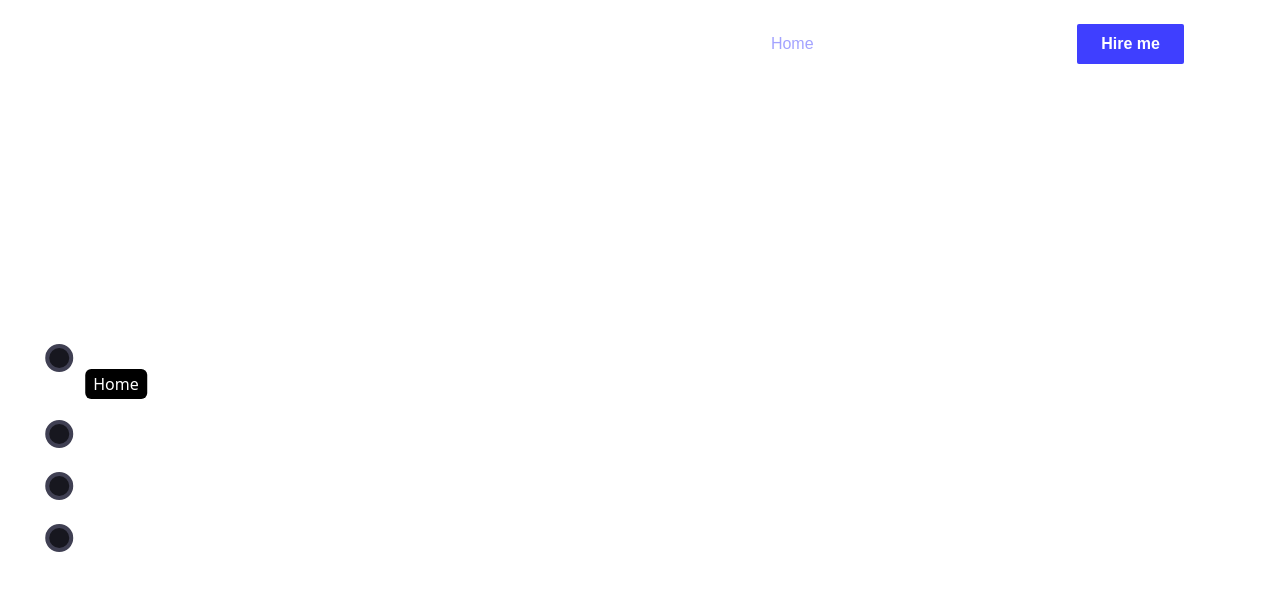
Repository: Alex0715/portfolio
Page: /
The author's editor kept a copy of each file at every save. The page is drawn from the files as they stood at one save, then again after the next save.
The browser window is 1280 px wide. The pictures show the whole page.
The project was rebuilt for these pictures with package versions that can differ from the ones it lists, and the page was loaded fresh each time. The framework's server and built-in components were replaced by stand-ins that run in the browser. Also part of the build but not shown: next.config.js.

Above is the page before, as saved 2022-02-03 21:53:23.

### pages/index.js
import Head from 'next/head'
import Banner from './components/Banner'
import Header from './components/header'



export default function Home() {
  return (
    <div>
      <Header/>
      <body className='bg-body'>
        <Banner/>
      </body>
    </div>

  )
}

### pages/components/Banner.js

function Banner() {
  return (<div className="container mt-16 flex justify-between items-center mx-auto text-white px-8 md:px-14 lg:px-24 w-full">
      <div className="flex flex-wrap md:flex-nowrap">
        <nav className="inline-block lg:mr-24 lg:w-4 fixed left-percentage hidden xl:block">
        <div className="absolute left-50 transform -translate-x-1/2 space-y-6 mt-36">
        <a href="#" className="nav-dot selected-circle block w-7 h-7 rounded-full border-4 border-nav bg-body hover:bg-theme"></a>
        <span className="bg-black px-2 py-1 rounded-md ml-10 ">Home</span>
        <a href="#" className="nav-dot selected-circle block w-7 h-7 rounded-full border-4 border-nav bg-body hover:bg-theme"><p className="px-8 py--1">works</p></a>
        <a href="#" className="nav-dot selected-circle block w-7 h-7 rounded-full border-4 border-nav bg-body hover:bg-theme"><p className="px-8 py--1">works</p></a>
        <a href="#" className="nav-dot selected-circle block w-7 h-7 rounded-full border-4 border-nav bg-body hover:bg-theme"><p className="px-8 py--1">works</p></a>

        </div>
        </nav>
      </div>
  </div>)
}

export default Banner;

### pages/components/Header.js

function Header() {
  return (
  <div className="font-poppins pb-12 ">
  <header className="text-white container py-6 flex justify-between items-center mx-auto px-8 md:px-14 lg:px-24 w-full">
      <div className="text-white text-3xl">Chirantan Bose</div>
      <div className="hidden md:flex space-x-12 items-center">
        <a href="#" className="text-selected-text">Home</a>
        <a href="#">My Works</a>
        <a href="#">Clients</a>
        <a href="#"><button className="bg-theme px-6 py-2 font-bold rounded-sm">Hire me</button></a>
      </div>
      <div className="md:hidden text-white">
      <svg xmlns="http://www.w3.org/2000/svg" className="h-7 w-7" viewBox="0 0 20 20" fill="currentColor">
  <path fillRule="evenodd" d="M3 5a1 1 0 011-1h12a1 1 0 110 2H4a1 1 0 01-1-1zM3 10a1 1 0 011-1h12a1 1 0 110 2H4a1 1 0 01-1-1zM9 15a1 1 0 011-1h6a1 1 0 110 2h-6a1 1 0 01-1-1z" clipRule="evenodd" />
</svg>
      </div>
  </header>
  </div>
  )
}

export default Header;

Loaded but not shown: pages/_app.tsx (common file); styles/globals.css (common file); tailwind.config.js (common file)

After the next save:
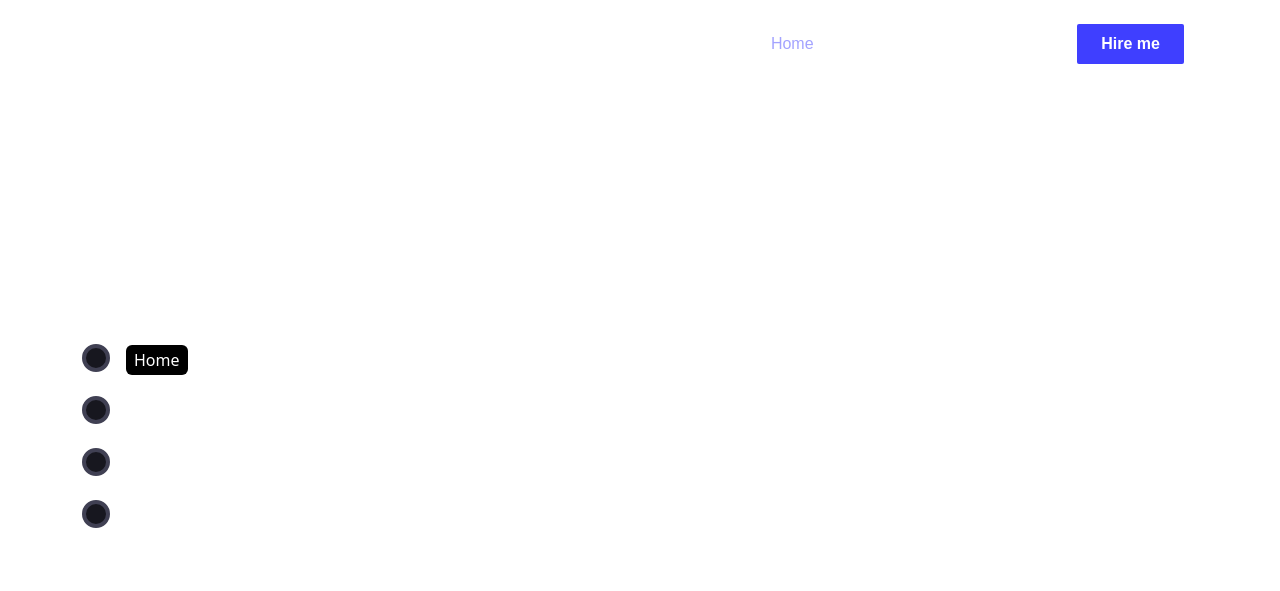
Saved 11 s later.
--- a/pages/components/Banner.js
+++ b/pages/components/Banner.js
@@ -4,8 +4,8 @@
       <div className="flex flex-wrap md:flex-nowrap">
         <nav className="inline-block lg:mr-24 lg:w-4 fixed left-percentage hidden xl:block">
         <div className="absolute left-50 transform -translate-x-1/2 space-y-6 mt-36">
-        <a href="#" className="nav-dot selected-circle block w-7 h-7 rounded-full border-4 border-nav bg-body hover:bg-theme"></a>
-        <span className="bg-black px-2 py-1 rounded-md ml-10 ">Home</span>
+        <a href="#" className="nav-dot selected-circle block w-7 h-7 rounded-full border-4 border-nav bg-body hover:bg-theme">
+        <span className="bg-black px-2 py-1 rounded-md ml-10 ">Home</span></a>
         <a href="#" className="nav-dot selected-circle block w-7 h-7 rounded-full border-4 border-nav bg-body hover:bg-theme"><p className="px-8 py--1">works</p></a>
         <a href="#" className="nav-dot selected-circle block w-7 h-7 rounded-full border-4 border-nav bg-body hover:bg-theme"><p className="px-8 py--1">works</p></a>
         <a href="#" className="nav-dot selected-circle block w-7 h-7 rounded-full border-4 border-nav bg-body hover:bg-theme"><p className="px-8 py--1">works</p></a>
